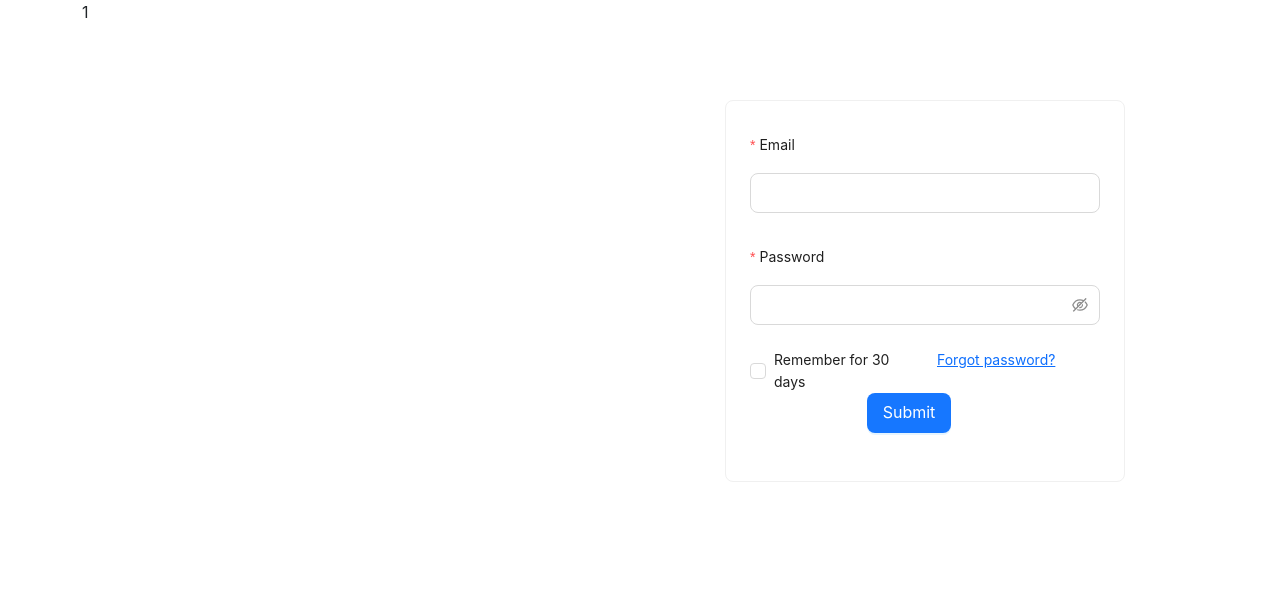
Repository: di-huynh-dev/kanban-inventory-management
Page: /
An editor plug-in stored every save of this project. The page is shown before and after the next save, followed by the edit.
The browser window is 1280 px wide. The pictures show the whole page.
The project was rebuilt for these pictures with package versions that can differ from the ones it lists, and the page was loaded fresh each time. Also part of the build but not shown: src/App.css, src/pages/auth/SignUp.tsx, src/routers/MainRouter.tsx.

Above is the page before, as saved 2024-09-07 12:01:19.

### public/index.html
<!DOCTYPE html>
<html lang="en">
  <head>
    <meta charset="utf-8" />
    <link rel="icon" href="%PUBLIC_URL%/favicon.ico" />
    <meta name="viewport" content="width=device-width, initial-scale=1" />
    <meta name="theme-color" content="#000000" />
    <meta
      name="description"
      content="Web site created using create-react-app"
    />
    <link rel="apple-touch-icon" href="%PUBLIC_URL%/logo192.png" />
    <link
      rel="stylesheet"
      href="https://cdn.jsdelivr.net/npm/bootstrap@5.3.2/dist/css/bootstrap.min.css"
      integrity="sha384-T3c6CoIi6uLrA9TneNEoa7RxnatzjcDSCmG1MXxSR1GAsXEV/Dwwykc2MPK8M2HN"
      crossorigin="anonymous"
    />
    <!--
      manifest.json provides metadata used when your web app is installed on a
      user's mobile device or desktop. See https://developers.google.com/web/fundamentals/web-app-manifest/
    -->
    <link rel="manifest" href="%PUBLIC_URL%/manifest.json" />
    <!--
      Notice the use of %PUBLIC_URL% in the tags above.
      It will be replaced with the URL of the `public` folder during the build.
      Only files inside the `public` folder can be referenced from the HTML.

      Unlike "/favicon.ico" or "favicon.ico", "%PUBLIC_URL%/favicon.ico" will
      work correctly both with client-side routing and a non-root public URL.
      Learn how to configure a non-root public URL by running `npm run build`.
    -->
    <title>React App</title>
  </head>
  <body>
    <noscript>You need to enable JavaScript to run this app.</noscript>
    <div id="root"></div>
    <!--
      This HTML file is a template.
      If you open it directly in the browser, you will see an empty page.

      You can add webfonts, meta tags, or analytics to this file.
      The build step will place the bundled scripts into the <body> tag.

      To begin the development, run `npm start` or `yarn start`.
      To create a production bundle, use `npm run build` or `yarn build`.
    -->
  </body>
</html>

### src/index.css
body {
  margin: 0;
  font-family: -apple-system, BlinkMacSystemFont, 'Segoe UI', 'Roboto', 'Oxygen', 'Ubuntu', 'Cantarell', 'Fira Sans',
    'Droid Sans', 'Helvetica Neue', sans-serif;
  -webkit-font-smoothing: antialiased;
  -moz-osx-font-smoothing: grayscale;
}

code {
  font-family: source-code-pro, Menlo, Monaco, Consolas, 'Courier New', monospace;
}

.content-center {
  height: 100vh;
  justify-content: center;
  align-items: center;
  display: flex;
}

### src/App.tsx
import './App.css'
import Routers from './routers/Routers'

function App() {
  return <Routers />
}

export default App

### src/routers/Routers.tsx
import AuthRouter from './AuthRouter'
import MainRouter from './MainRouter'

const Routers = () => {
  return 1 < 2 ? <AuthRouter></AuthRouter> : <MainRouter></MainRouter>
}

export default Routers

### src/routers/AuthRouter.tsx
import { createBrowserRouter, RouterProvider } from 'react-router-dom'
import { LoginPage, SignUpPage } from '../pages'

const authRouter = createBrowserRouter([
  {
    path: '/',
    element: <LoginPage></LoginPage>,
  },
  {
    path: '/sign-up',
    element: <SignUpPage></SignUpPage>,
  },
])
const AuthRouter = () => {
  return (
    <div className="container">
      <div className="row">
        <div className="col">1</div>
        <div className="col content-center">
          <RouterProvider router={authRouter} />
        </div>
      </div>
    </div>
  )
}

export default AuthRouter

### src/pages/index.ts
import LoginPage from './auth/Login'
import SignUpPage from './auth/SignUp'

export { LoginPage, SignUpPage }

### src/pages/auth/Login.tsx
import type { FormProps } from 'antd'
import { Button, Card, Checkbox, Form, Input } from 'antd'
import { useState } from 'react'
import { Link } from 'react-router-dom'

type FieldType = {
  email?: string
  password?: string
  remember?: string
}

const LoginPage = () => {
  const [isLoading, setIsLoading] = useState(false)
  const [isRemember, setIsRemember] = useState(false)

  const onFinish: FormProps<FieldType>['onFinish'] = (values) => {
    console.log('Success:', values)
  }

  const onFinishFailed: FormProps<FieldType>['onFinishFailed'] = (errorInfo) => {
    console.log('Failed:', errorInfo)
  }
  return (
    <>
      <Card style={{ width: 400, margin: 'auto', marginTop: 100 }}>
        <Form
          layout="vertical"
          initialValues={{ remember: true }}
          onFinish={onFinish}
          onFinishFailed={onFinishFailed}
          disabled={isLoading}
          size="large"
        >
          <Form.Item<FieldType> label="Email" name="email" rules={[{ required: true, message: 'Enter your email' }]}>
            <Input />
          </Form.Item>

          <Form.Item<FieldType> label="Password" name="password" rules={[{ required: true, message: '**********' }]}>
            <Input.Password />
          </Form.Item>

          <div className="row">
            <div className="col">
              <Checkbox checked={isRemember} onChange={(val) => setIsRemember(val.target.checked)}>
                Remember for 30 days
              </Checkbox>
            </div>
            <div className="col text-right">
              <Link to={'/'}>Forgot password?</Link>
            </div>
          </div>

          <Form.Item wrapperCol={{ offset: 8, span: 16 }}>
            <Button type="primary" htmlType="submit">
              Submit
            </Button>
          </Form.Item>
        </Form>
      </Card>
    </>
  )
}

export default LoginPage

Loaded but not shown: src/index.tsx (common file); src/reportWebVitals.ts (common file)

After the next save:
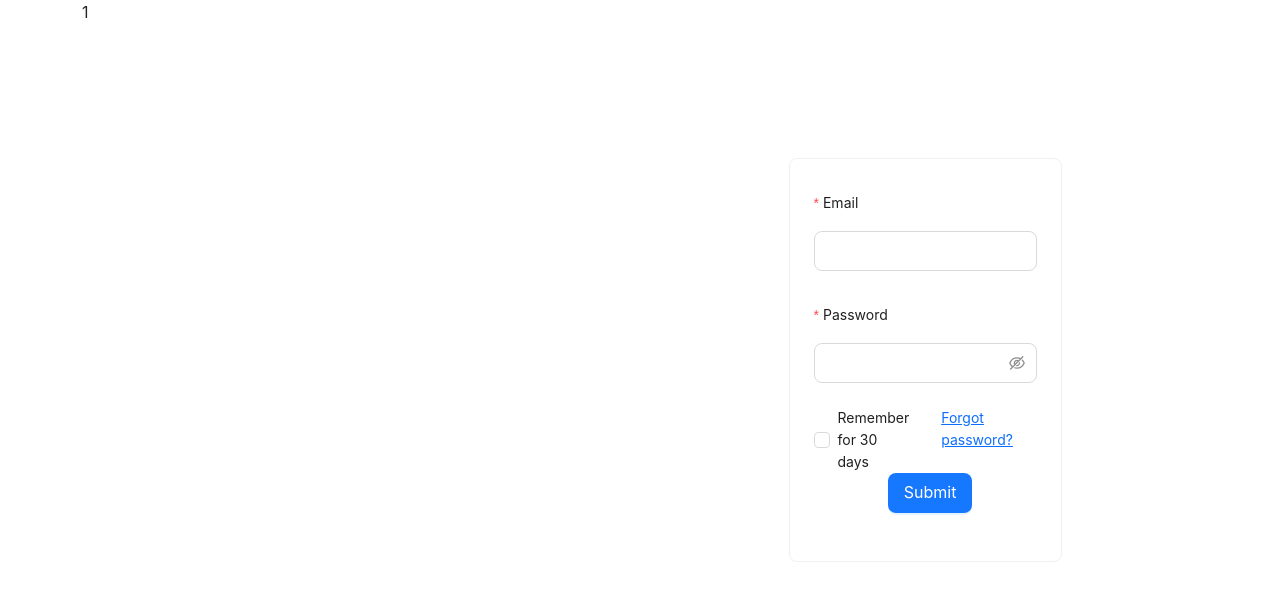
Saved 13 s later.
--- a/src/pages/auth/Login.tsx
+++ b/src/pages/auth/Login.tsx
@@ -22,7 +22,11 @@ const LoginPage = () => {
   }
   return (
     <>
-      <Card style={{ width: 400, margin: 'auto', marginTop: 100 }}>
+      <Card
+        style={{
+          width: '50%',
+        }}
+      >
         <Form
           layout="vertical"
           initialValues={{ remember: true }}
